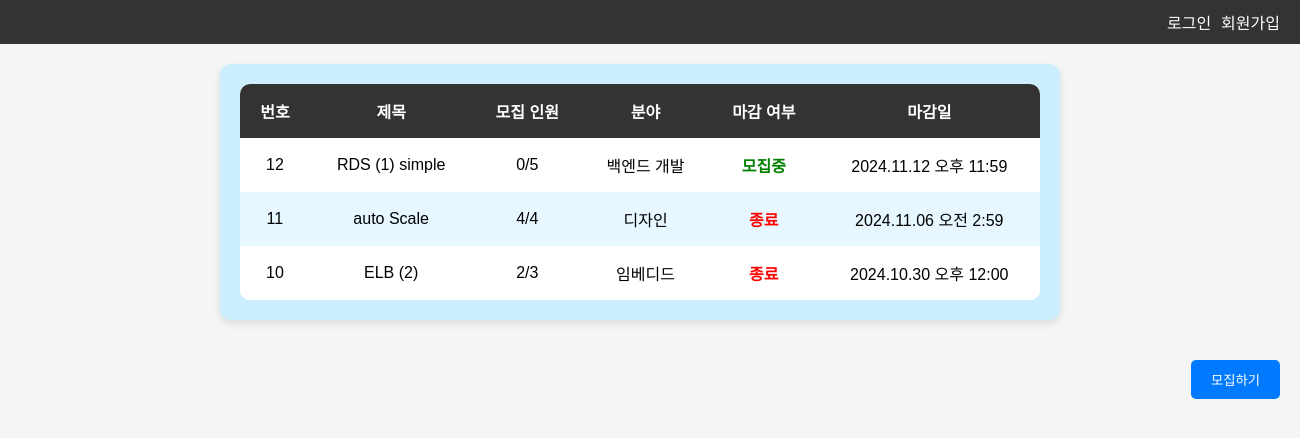
Repository: TUK-WEBSERIVCE/tuk-team-gem
Page: tuk-team-gem/src/main/webapp/main/mainPage.html
These files come from the project's save history. The page is drawn as it stood at one moment and after the next save; the edit follows.
The browser window is 1280 px wide. The page is 1300 px wide, so the pictures cover 1300 px, including what lies to the right of the window. The pictures show the whole page.

Above is the page before, as saved 2024-11-13 12:53:37.

After the next save:
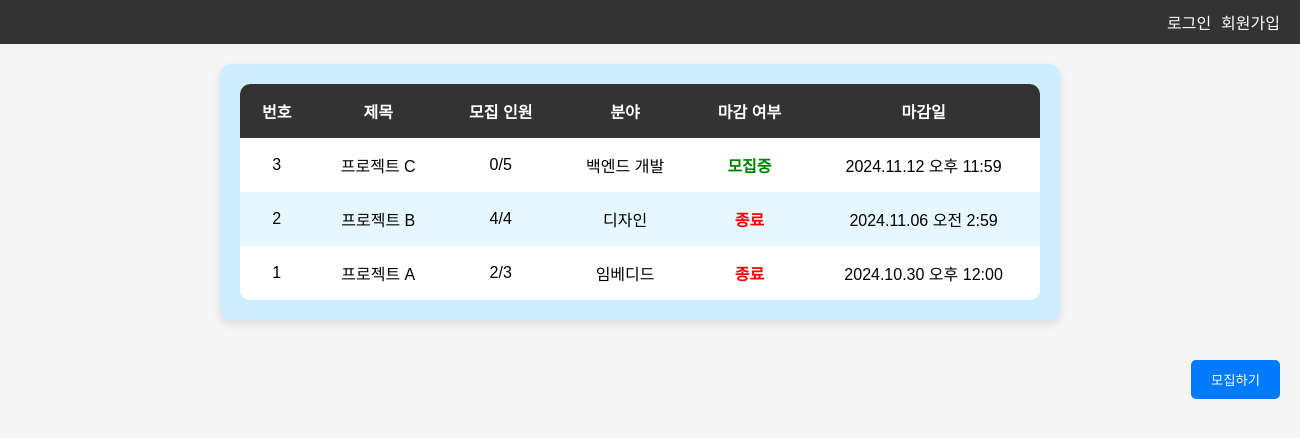
Saved 69 s later.
--- a/tuk-team-gem/src/main/webapp/main/mainPage.html
+++ b/tuk-team-gem/src/main/webapp/main/mainPage.html
@@ -117,24 +117,24 @@
             </thead>
             <tbody>
                 <tr>
-                    <td>12</td>
-                    <td>RDS (1) simple</td>
+                    <td>3</td>
+                    <td>프로젝트 C</td>
                     <td>0/5</td>
                     <td>백엔드 개발</td>
                     <td class="status-open">모집중</td>
                     <td>2024.11.12 오후 11:59</td>
                 </tr>
                 <tr>
-                    <td>11</td>
-                    <td>auto Scale</td>
+                    <td>2</td>
+                    <td>프로젝트 B</td>
                     <td>4/4</td>
                     <td>디자인</td>
                     <td class="status-closed">종료</td>
                     <td>2024.11.06 오전 2:59</td>
                 </tr>
                 <tr>
-                    <td>10</td>
-                    <td>ELB (2)</td>
+                    <td>1</td>
+                    <td>프로젝트 A</td>
                     <td>2/3</td>
                     <td>임베디드</td>
                     <td class="status-closed">종료</td>
